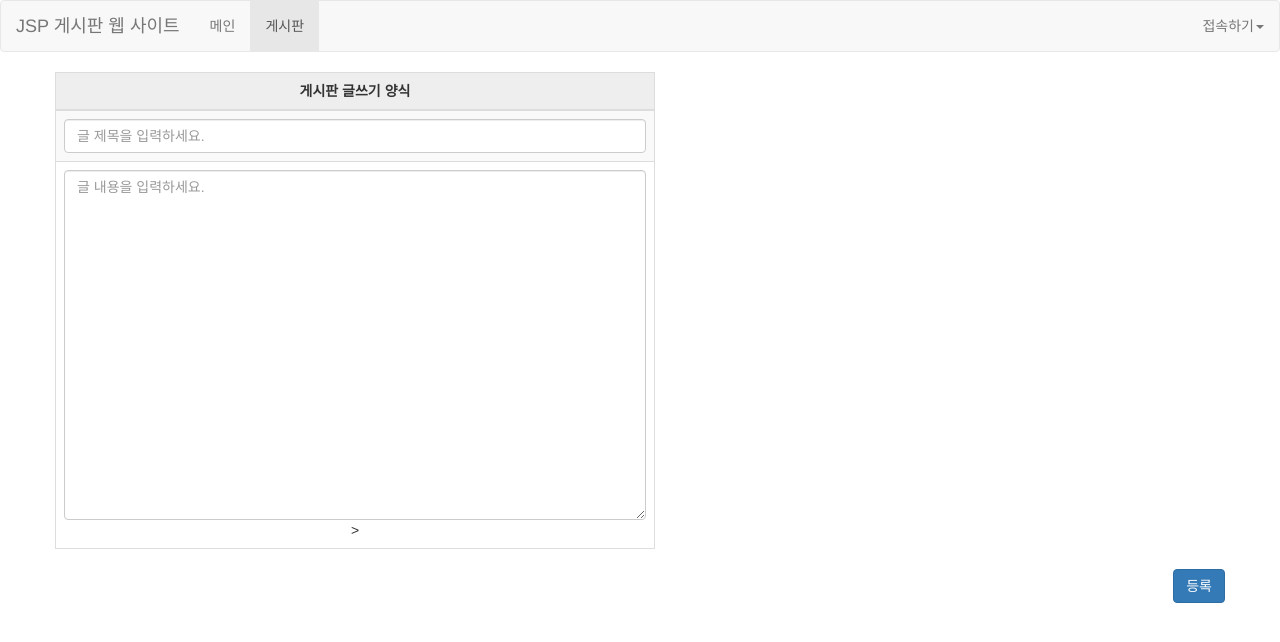
Repository: flown222/JSP_BasicWebsite_Project
Page: http://localhost/BBS/write.jsp
An editor plug-in stored every save of this project. The page is shown before and after the next save, followed by the edit.
The browser window is 1280 px wide. The pictures show the whole page.
The page is served by Tomcat 9.

Above is the page before, as saved 2022-08-21 07:32:57.

After the next save:
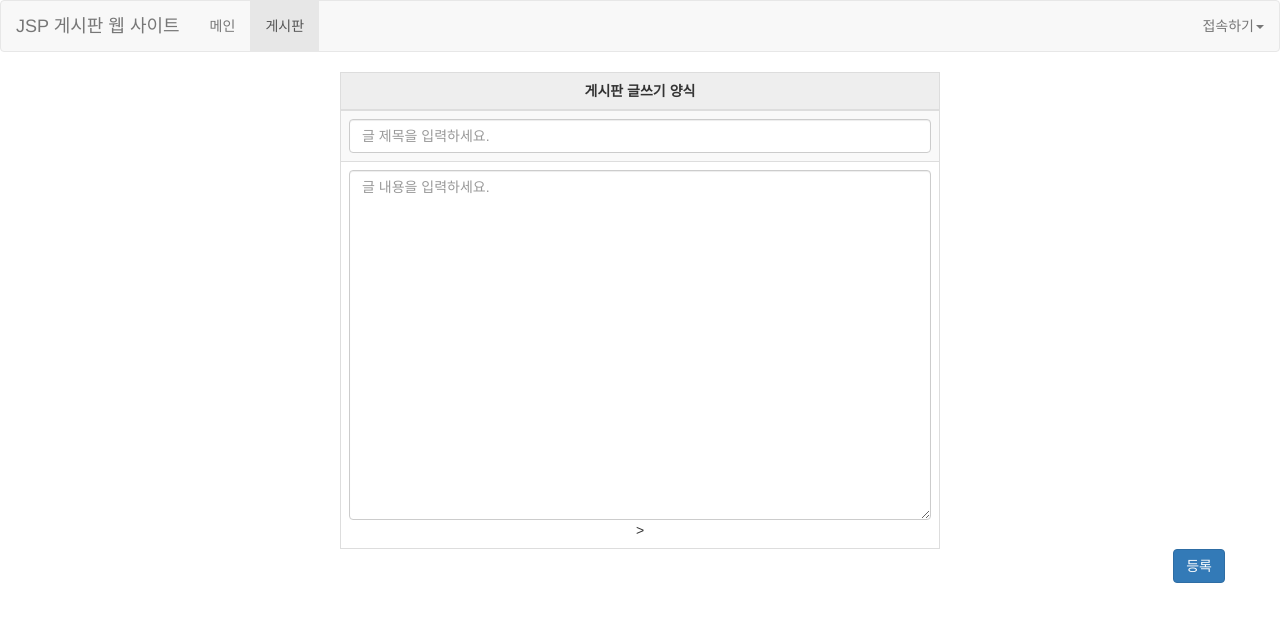
Saved 2 min 0 s later.
--- a/projects /BBS/src/main/webapp/write.jsp
+++ b/projects /BBS/src/main/webapp/write.jsp
@@ -71,7 +71,8 @@
 	<div class="container">
 		<div class="row">
 			<form method="post" action= "writeAction.jsp">
-				<table class="table table-striped" style="text-align : center; border: 1px solid #dddddd; width:600px;">
+				<table class="table table-striped" style="text-align : center; border: 1px solid #dddddd;
+					margin:auto; width:600px;">
 					<thead>
 						<tr>
 							<th colspan="2" style="background-color: #eeeeee; text-align: center;">게시판 글쓰기 양식</th>
